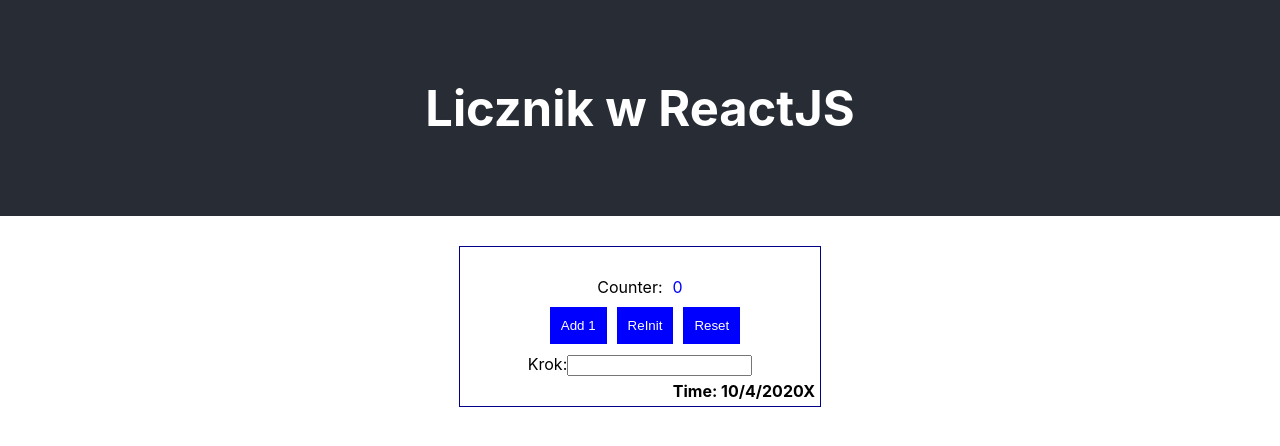
Repository: magdaf41/react-counter-app
Page: /
The author's editor kept a copy of each file at every save. The page is drawn from the files as they stood at one save, then again after the next save.
The browser window is 1280 px wide. The pictures show the whole page.
The project was rebuilt for these pictures with package versions that can differ from the ones it lists, and the page was loaded fresh each time.

Above is the page before, as saved 2020-10-06 20:55:48.

After the next save:
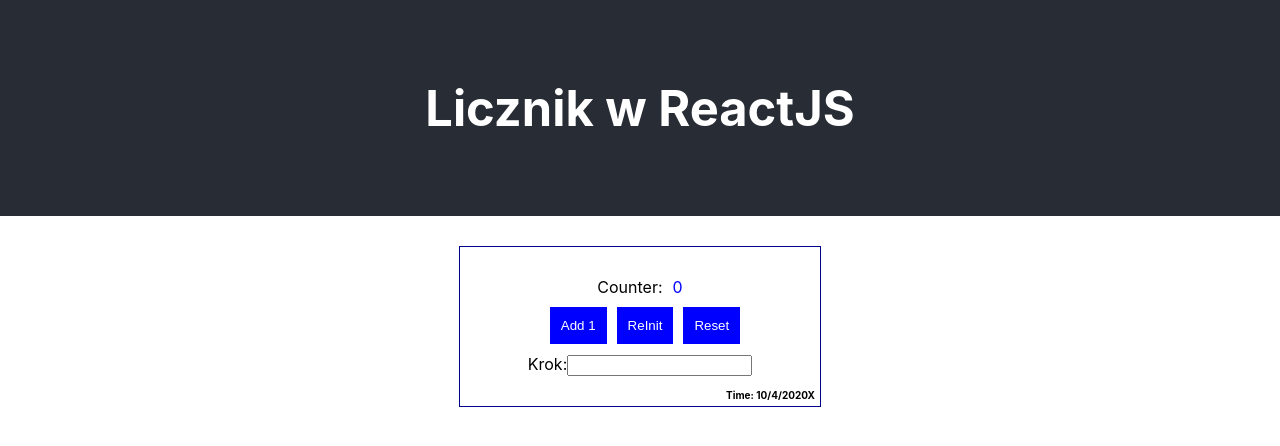
Saved 14 s later.
--- a/src/Clock.css
+++ b/src/Clock.css
@@ -7,4 +7,5 @@
 
 .clock h4 {
     margin: 0;
+    font-size: 10px;
 }
